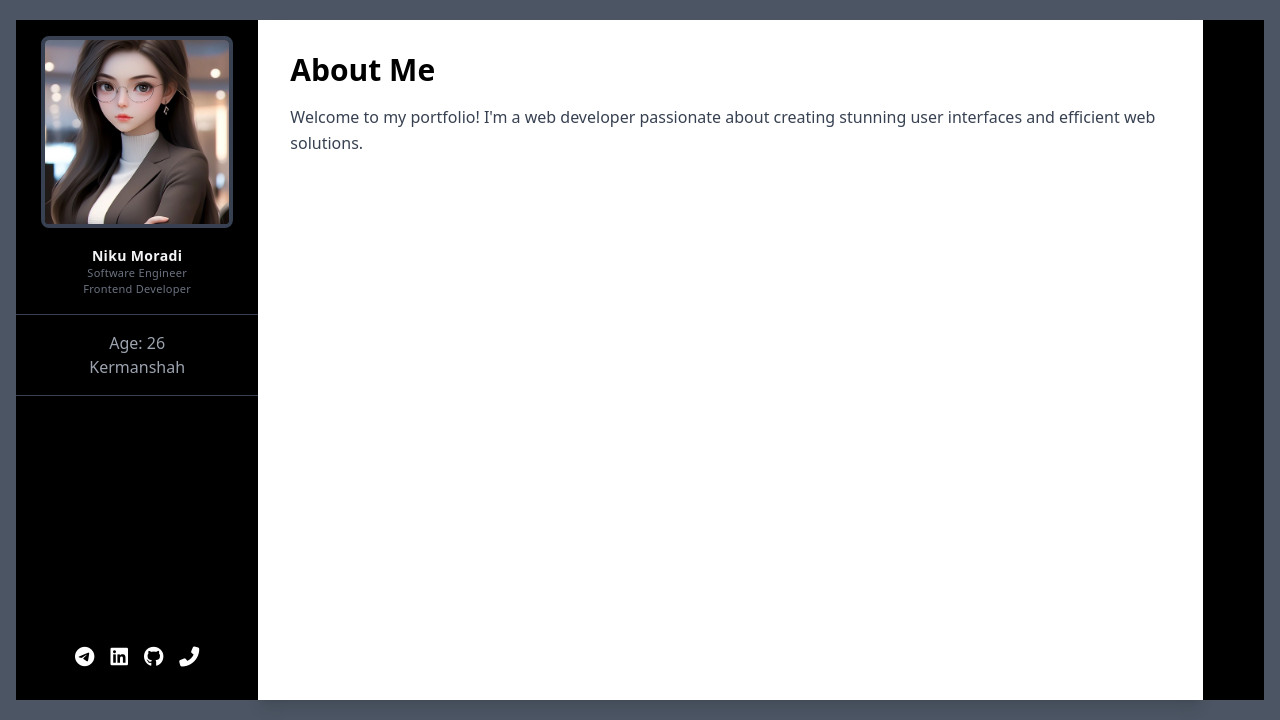
Repository: NikuMoradi/niku-moradi
Page: /
These files come from the project's save history. The page is drawn as it stood at one moment and after the next save; the edit follows.
The browser window is 1280 px wide. The pictures show the whole page.
The project was rebuilt for these pictures with package versions that can differ from the ones it lists, and the page was loaded fresh each time. The framework's server and built-in components were replaced by stand-ins that run in the browser. Also part of the build but not shown: nuxt.config.ts, components/Blog Posts/Component-Design.vue, components/Blog.vue, components/Contact.vue, components/Education.vue, components/Experience.vue, components/Hero.vue, components/Menu.vue and 3 more.

Above is the page before, as saved 2024-11-29 10:17:55.

After the next save:
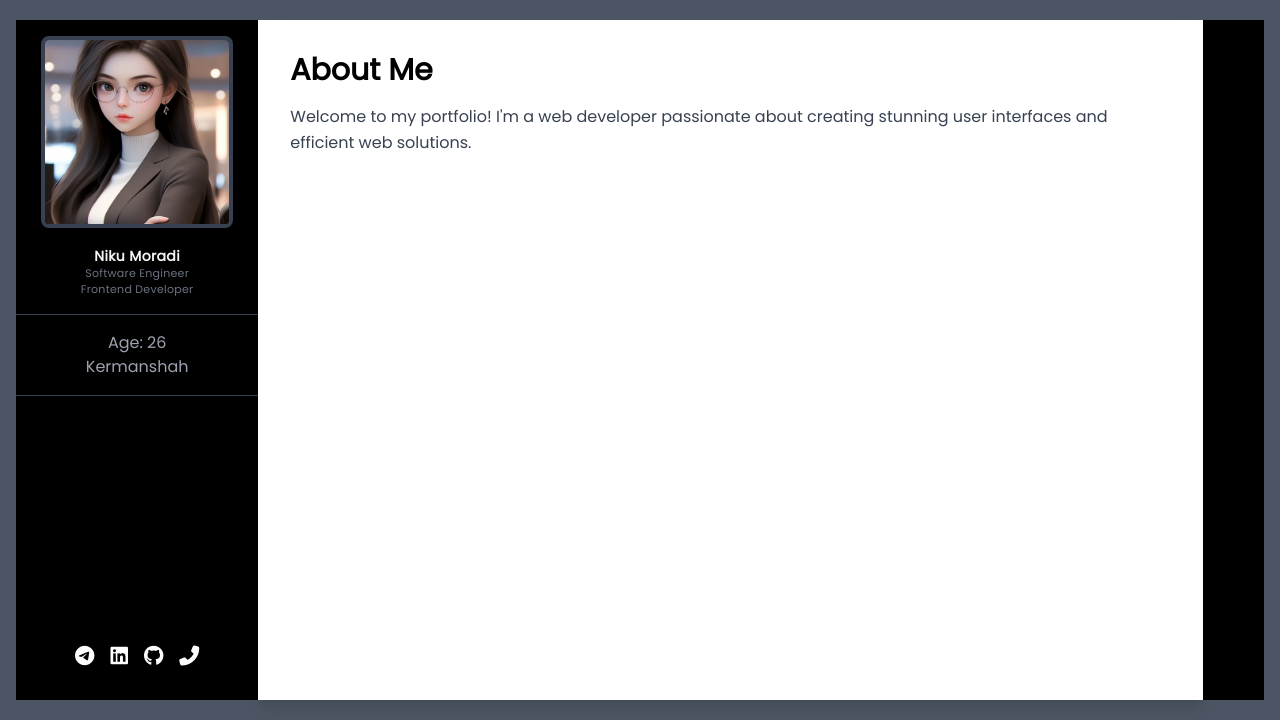
Saved 68 s later.
--- a/assets/css/main.css
+++ b/assets/css/main.css
@@ -5,6 +5,7 @@
 body {
   /* From https://css.glass */
   background: #ffffff;
+  font-family: "Poppins", sans-serif;
 }
 
 @layer utilities {
